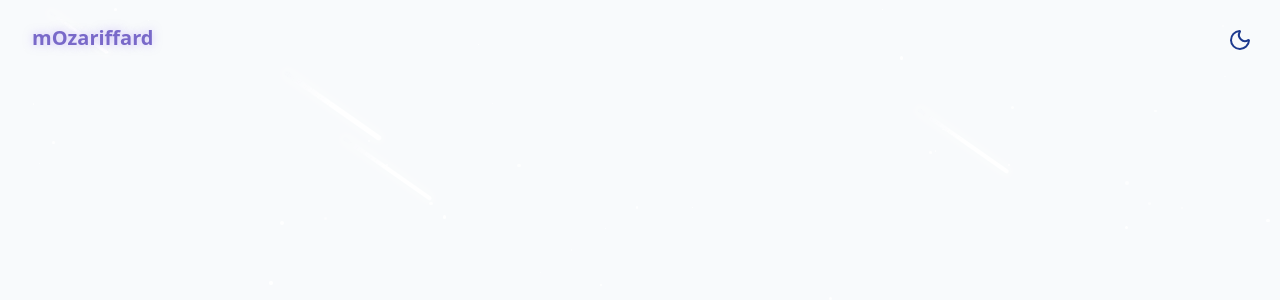
Repository: mOzariffard/Portfolio
Page: /
The author's editor kept a copy of each file at every save. The page is drawn from the files as they stood at one save, then again after the next save.
The browser window is 1280 px wide. The pictures show the whole page.
The project was rebuilt for these pictures with package versions that can differ from the ones it lists, and the page was loaded fresh each time. Also part of the build but not shown: vite.config.js, src/pages/NotFound.jsx.

Above is the page before, as saved 2025-06-28 20:41:17.

After the next save:
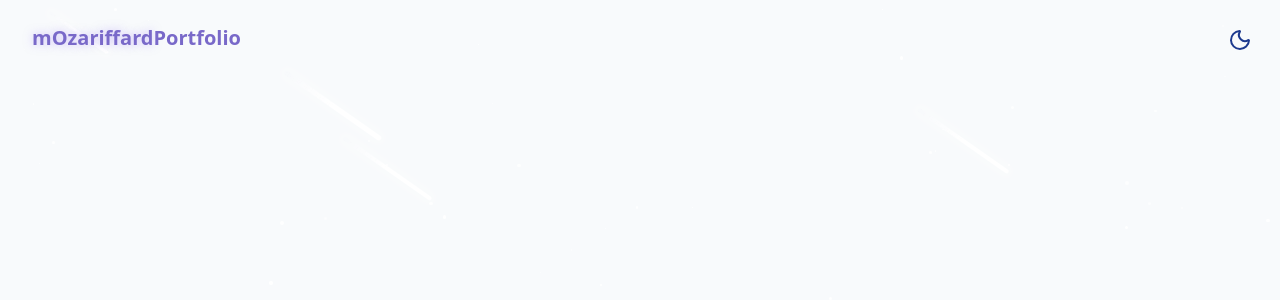
Saved 9 s later.
--- a/src/components/Navbar.jsx
+++ b/src/components/Navbar.jsx
@@ -32,6 +32,7 @@ const Navbar = () => {
                     <span className='text-glow text-foreground'>
                         mOzariffard
                     </span>
+                    Portfolio
                 </span>
             </a>
         </div>
